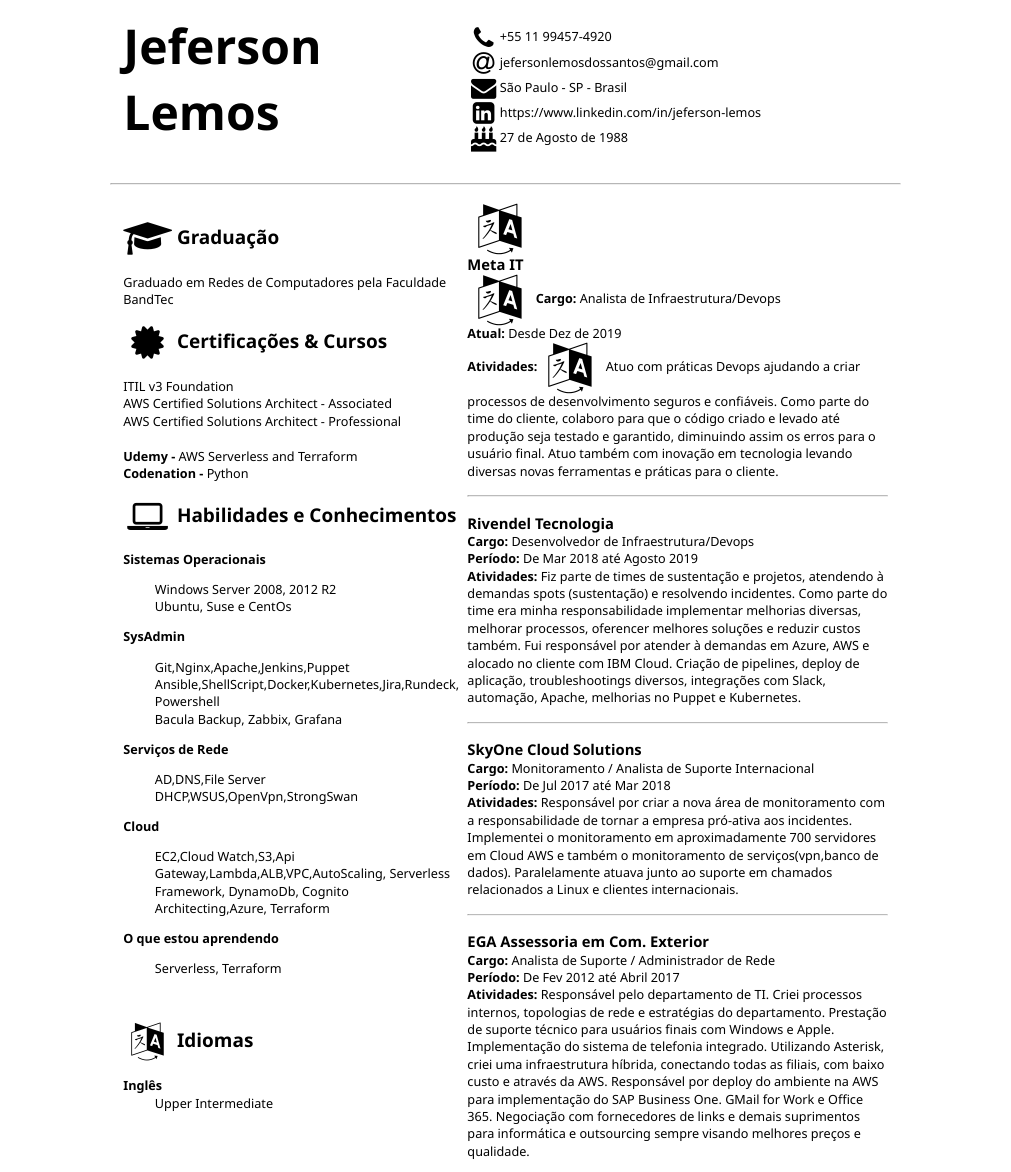
Repository: jefersonlemos/Resume-pt
Page: index.html
These files come from the project's save history. The page is drawn as it stood at one moment and after the next save; the edit follows.
The browser window is 1280 px wide. The pictures show the whole page, at 79% of full size.

Above is the page before, as saved 2020-06-15 12:03:49.

After the next save:
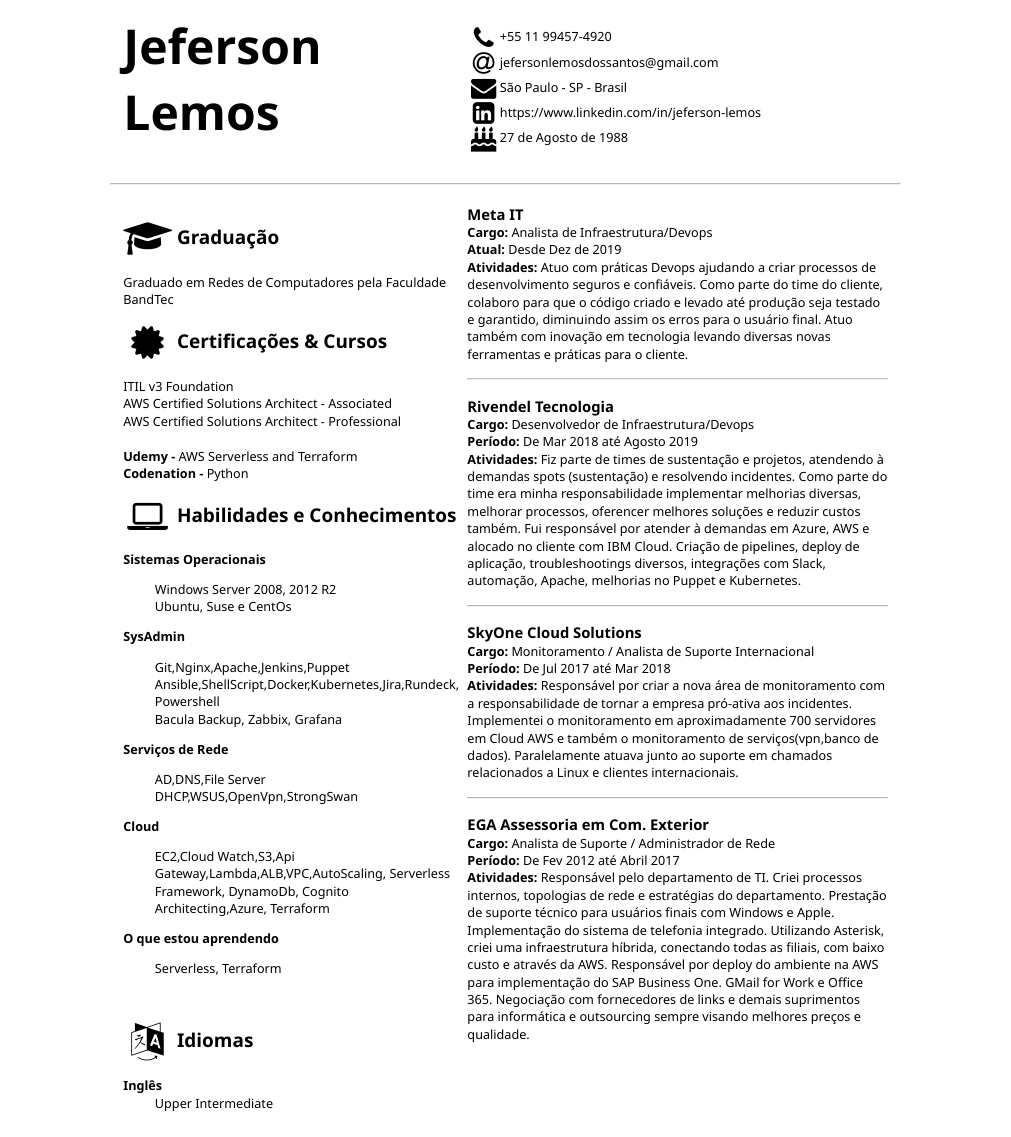
Saved 115 s later.
--- a/index.html
+++ b/index.html
@@ -105,12 +105,10 @@
             </section>
             <section>
                 <article>
-                    <i class="fa fa-fw fa-4x fa-language"></i>
                     <h3>Meta IT</h3>
-                    <i class="fa fa-fw fa-4x fa-language"></i>
                     <strong>Cargo:</strong> Analista de Infraestrutura/Devops <br />
                     <strong>Atual:</strong> Desde Dez de 2019<br />
-                    <strong>Atividades:</strong><i class="fa fa-fw fa-4x fa-language"></i> Atuo com práticas Devops ajudando a criar processos de desenvolvimento seguros e confiáveis. Como parte do time do cliente,
+                    <strong>Atividades:</strong> Atuo com práticas Devops ajudando a criar processos de desenvolvimento seguros e confiáveis. Como parte do time do cliente,
                      colaboro para que o código criado e levado até produção seja testado e garantido, diminuindo assim os erros para o usuário final.
                      Atuo também com inovação em tecnologia levando diversas novas ferramentas e práticas para o cliente.
                     <hr />
